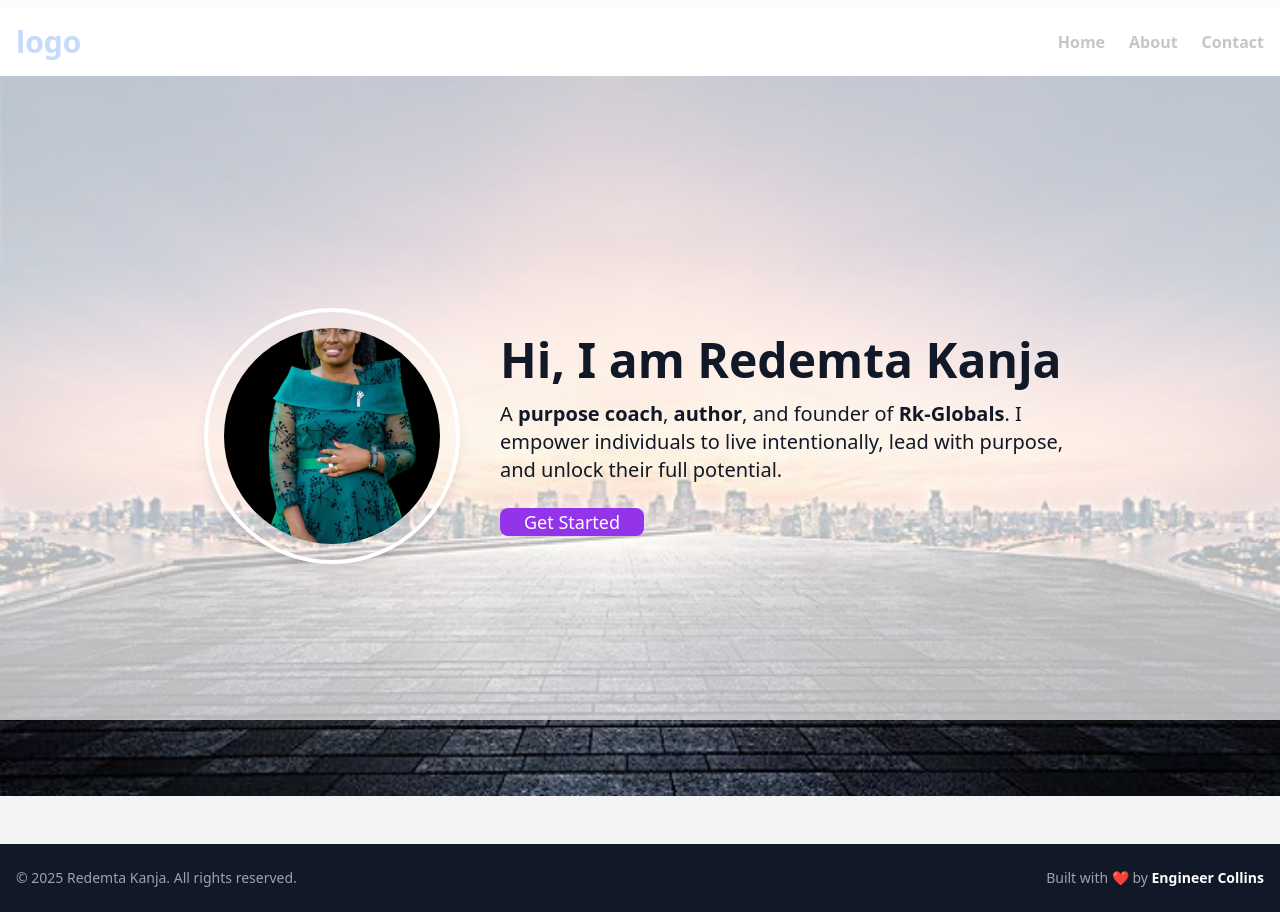
Repository: Engineer-collo/Redemta-Kanja-s-website
Page: /
An editor plug-in stored every save of this project. The page is shown before and after the next save, followed by the edit.
The browser window is 1280 px wide. The pictures show the whole page.
The project was rebuilt for these pictures with package versions that can differ from the ones it lists, and the page was loaded fresh each time. Also part of the build but not shown: vite.config.js, src/pages/Home.jsx, src/pages/About.jsx, src/pages/Contact.jsx.

Above is the page before, as saved 2025-05-18 06:57:07.

### index.html
<!DOCTYPE html>
<html lang="en">
<head>
  <meta charset="UTF-8">
  <meta name="viewport" content="width=device-width, initial-scale=1.0">
  <title>React Vite Starter</title>
</head>
<body class="bg-gray-100">
  <div id="root"></div>
  <script type="module" src="/src/main.jsx"></script>
</body>
</html>

### src/main.jsx
import React from 'react'
import ReactDOM from 'react-dom/client'
import './index.css'
import App from './App'

ReactDOM.createRoot(document.getElementById('root')).render(
  <React.StrictMode>
    <App />
  </React.StrictMode>,
)

### src/App.jsx
import { BrowserRouter as Router, Route, Routes } from "react-router-dom";
import Home from "./pages/Home";
import About from "./pages/About";
import Contact from "./pages/Contact";
import Footer from "./components/Footer";
import Navbar from "./components/Navbar";
import LandingPage from "./pages/Landingpage";


function App() {
  return (
    <Router>
      <Navbar/>
      <Routes>
      <Route path="/" element={<LandingPage/>} />
        <Route path="/home" element={<Home/>} />
        <Route path="/about" element={<About />} />
        <Route path="/contact" element={<Contact />} />
      </Routes>
    <Footer/>
    </Router>
  );
}

export default App;

### src/components/Footer.jsx
const Footer = () => {
    return(
        <>
        <footer className="bg-gray-900 text-white py-6 mt-12">
  <div className="max-w-7xl mx-auto px-4 flex flex-col md:flex-row justify-between items-center space-y-4 md:space-y-0">
    <p className="text-sm text-gray-400">
      &copy; {new Date().getFullYear()} Redemta Kanja. All rights reserved.
    </p>
    <p className="text-sm text-gray-400">
      Built with ❤️ by <span className="text-white font-semibold">Engineer Collins</span>
    </p>


  </div>
</footer>

        </>
    )
}

export default Footer

### src/components/Navbar.jsx
import React, { useState } from 'react';
import { Link } from 'react-router-dom';

const Navbar = () => {
  const [isOpen, setIsOpen] = useState(false);

  const toggleMenu = () => setIsOpen(!isOpen);

  return (
    <header className=" mt-2 bg-white shadow-md">
      <div className="max-w-7xl mx-auto px-4 py-4 flex justify-between items-center">
        <h1 className="text-3xl font-bold text-gray-800"><Link to="/" className="hover:text-blue-500 text-gray-700 transition"><span className='text-blue-500'>logo</span></Link>
        </h1>

        {/* Desktop nav */}
        <nav className="space-x-6 hidden md:flex">
        <Link to="/" className="hover:text-blue-500 font-bold text-gray-700 transition">Home</Link>
          <Link to="/about" className="hover:text-blue-500 font-bold text-gray-700 transition">About</Link>
          <Link to="/contact" className="hover:text-blue-500 font-bold text-gray-700 transition">Contact</Link>
        </nav>

        {/* Mobile menu toggle */}
        <div className="md:hidden">
          <button onClick={toggleMenu} className="text-gray-700 focus:outline-none">
            <svg className="h-6 w-6" fill="none" stroke="currentColor" strokeWidth="2" viewBox="0 0 24 24">
              <path strokeLinecap="round" strokeLinejoin="round" d={isOpen ? 'M6 18L18 6M6 6l12 12' : 'M4 6h16M4 12h16M4 18h16'} />
            </svg>
          </button>
        </div>
      </div>

      {/* Mobile nav links */}
      {isOpen && (
        <nav className="md:hidden px-4 pb-4 space-y-2">
          <Link to="/about" className="block text-gray-700 font-bold hover:text-blue-500">About</Link>
          <Link to="/contact" className="block text-gray-700 font-bold hover:text-blue-500">Contact</Link>
        </nav>
      )}
    </header>
  );
};

export default Navbar;

### src/pages/Landingpage.jsx
import React from 'react';
import { useNavigate } from 'react-router-dom';

const LandingPage = () => {
  const navigate = useNavigate();

  const handleGetStarted = () => {
    navigate('/home');
  };

  return (
    <div className="min-h-screen flex flex-col md:flex-row items-center justify-center text-gray-900 px-6 py-10 bg-cover bg-center bg-[url('/city-bg.png')]">

      {/* Overlay (optional for readability) */}
      <div className="absolute inset-0 bg-white bg-opacity-70 z-0" />

      <div className="relative z-10 flex flex-col md:flex-row items-center justify-center">
        {/* Image */}
        <div className="mb-8 md:mb-0 md:mr-10">
          <img
            src="/redemta-pic.png"
            alt="Redem-ta Kanja"
            className="w-64 h-64 object-cover p-4 rounded-full shadow-lg border-4 border-white"
          />
        </div>

        {/* Text */}
        <div className="text-center md:text-left max-w-xl">
          <h1 className="text-4xl md:text-5xl font-bold mb-4">Hi, I am Redemta Kanja</h1>
          <p className="text-lg md:text-xl mb-6">
            A <strong>purpose coach</strong>, <strong>author</strong>, and founder of <strong>Rk-Globals</strong>.
            I empower individuals to live intentionally, lead with purpose, and unlock their full potential.
          </p>
          <button
            onClick={handleGetStarted}
            className="bg-purple-600 text-white px-6 py- rounded-lg text-lg hover:bg-purple-700 transition"
          >
            Get Started
          </button>
        </div>
      </div>
    </div>
  );
};

export default LandingPage;

Loaded but not shown: src/index.css (common file); tailwind.config.js (common file)

After the next save:
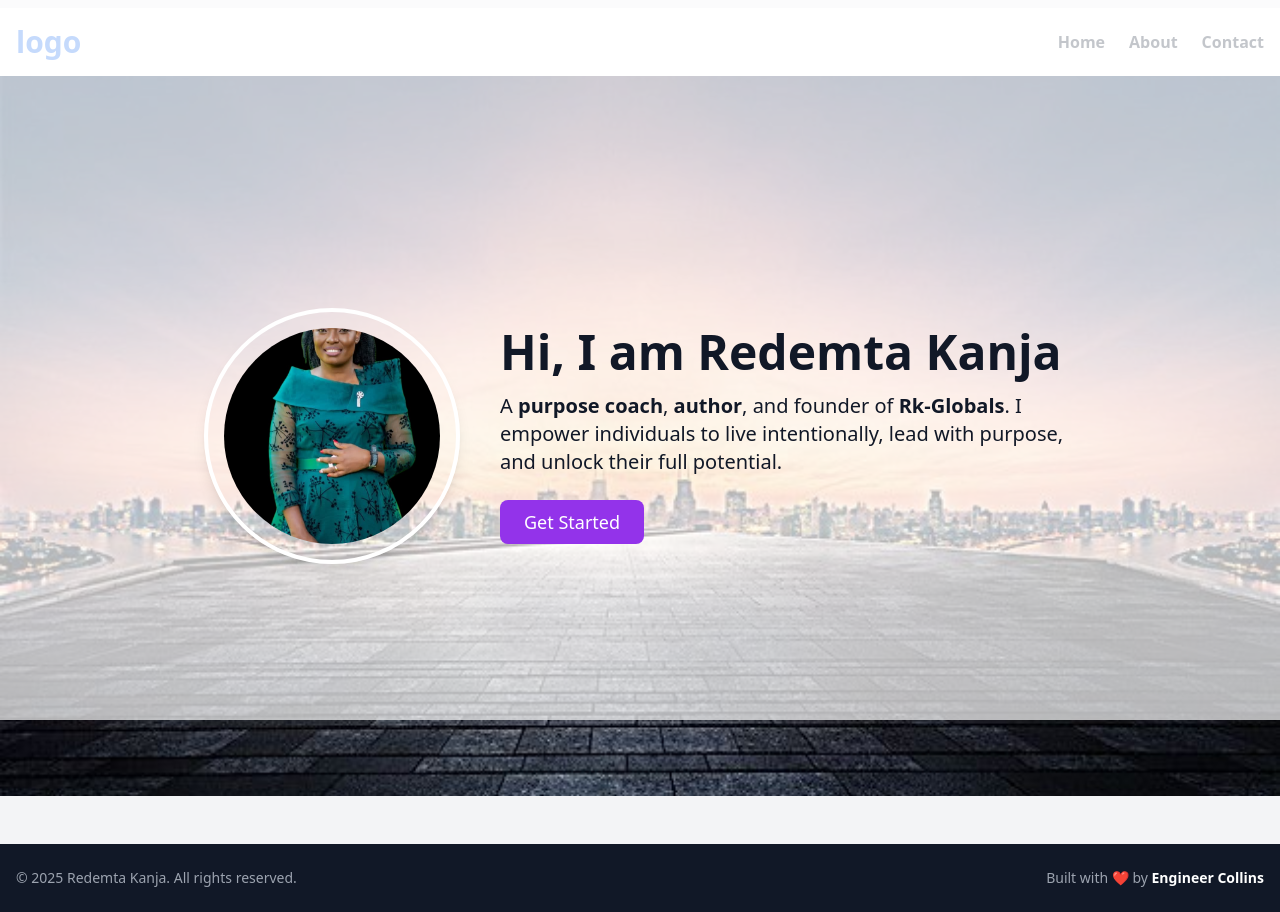
Saved 4 s later.
--- a/src/pages/Landingpage.jsx
+++ b/src/pages/Landingpage.jsx
@@ -33,7 +33,7 @@ const LandingPage = () => {
           </p>
           <button
             onClick={handleGetStarted}
-            className="bg-purple-600 text-white px-6 py- rounded-lg text-lg hover:bg-purple-700 transition"
+            className="bg-purple-600 text-white px-6 py-2 rounded-lg text-lg hover:bg-purple-700 transition"
           >
             Get Started
           </button>
